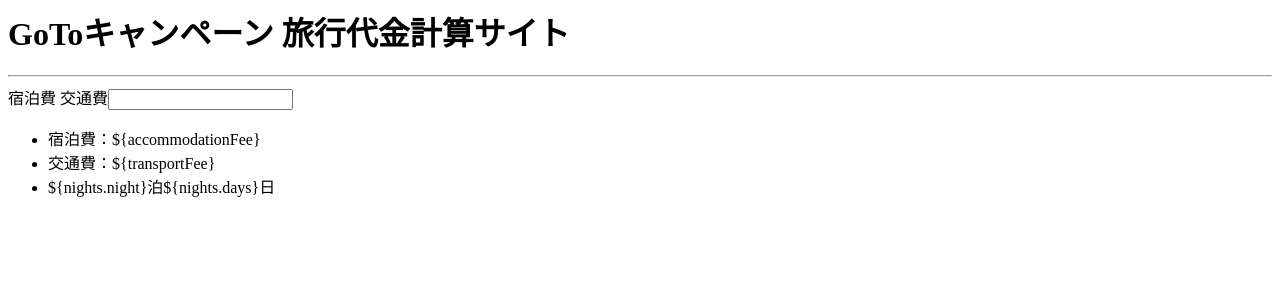
Repository: Ischca/ischca.github.io
Page: src/my-app.html
An editor plug-in stored every save of this project. The page is shown before and after the next save, followed by the edit.
The browser window is 1280 px wide. The pictures show the whole page.

Above is the page before, as saved 2020-10-02 14:59:17.

After the next save:
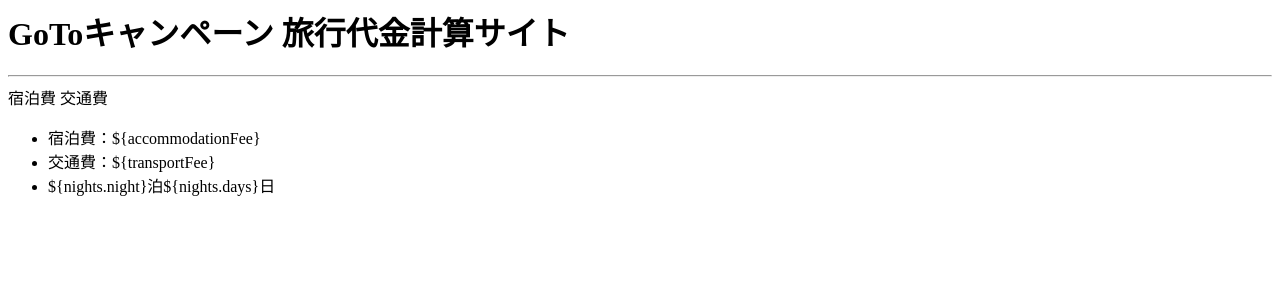
Saved 11 s later.
--- a/src/my-app.html
+++ b/src/my-app.html
@@ -10,7 +10,7 @@
 
     宿泊費<num-selector  num.bind="accommodationFee" suffix.bind="'泊'"></num-selector>
 
-    交通費<input type="number" value.bind="transportFee"/>
+    交通費<num-selector  num.bind="transportFee" suffix.bind="'泊'"></num-selector>
 
     <div id="result">
         <ul>
